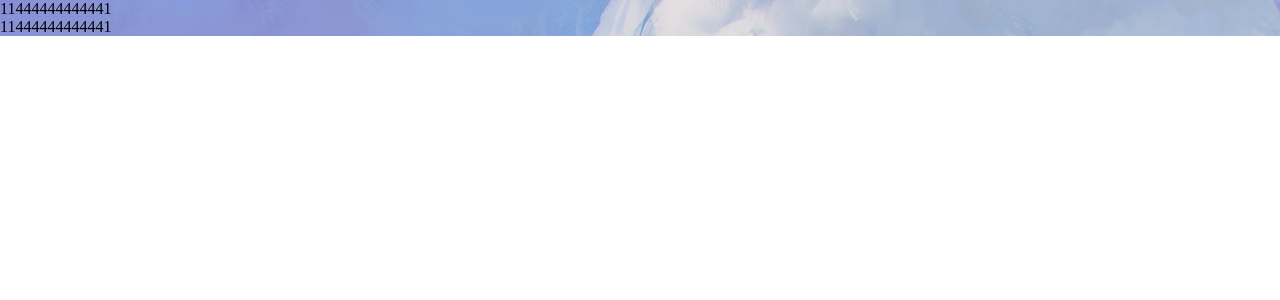
Repository: hnwj/big-event
Page: /reg
These files come from the project's save history. The page is drawn as it stood at one moment and after the next save; the edit follows.
The browser window is 1280 px wide. The pictures show the whole page.
The project was rebuilt for these pictures with package versions that can differ from the ones it lists, and the page was loaded fresh each time. Also part of the build but not shown: vue.config.js, src/views/login.vue.

Above is the page before, as saved 2023-03-18 21:18:01.

### src/main.js
import { createApp } from 'vue'
import App from './App.vue'
import router from './router'
import store from './store'
import ElementPlus from 'element-plus'
import 'element-plus/dist/index.css'

// 导入基础的css文件
import '@/assets/global.less'

const app = createApp(App)
app.use(store)
app.use(router)
app.mount('#app')
app.use(ElementPlus)

### src/App.vue
<template>
  <div>
    <router-view />
  </div>
</template>

<style lang="less">
</style>

### src/router/index.js
import { createRouter, createWebHistory } from 'vue-router'
import Login from '@/views/login'
import Register from '@/views/register'

const routes = [
  {
    name: 'login',
    path: '/login',
    component: Login
  },
  {
    name: 'register',
    path: '/reg',
    component: Register
  }
]

const router = createRouter({
  history: createWebHistory(process.env.BASE_URL),
  routes
})

export default router

### src/assets/global.less
html,
body {
  margin: 0;
  padding: 0;
  height: 100%;
}

// 全局重置卡片的基础样式
.el-card.is-always-shadow,
.el-card.is-hover-shadow:focus,
.el-card.is-hover-shadow:hover {
  box-shadow: 0 1px 3px rgba(0, 0, 0, 0.1);
  // font-size: 13px;
}

### src/views/register.vue
<template>
  <!-- 注册整体盒子 -->
  <div class="reg-container">
    <div class="reg-box">
      <div class="title-box">11444444444441</div>
      <div class="title-box">11444444444441</div>
    </div>
  </div>
</template>

<script>
export default {

}
</script>

<style lang="less" scoped>
.reg-container {
  background: url('../../src/assets/images/bg.jpg') no-repeat;
  background-size: cover;
}
</style>

Loaded but not shown: public/index.html (common file); src/store/index.js (common file)

After the next save:
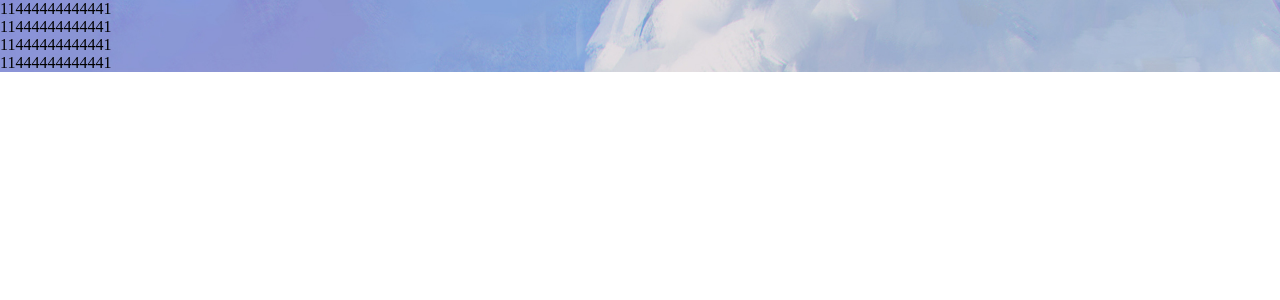
Saved 11 s later.
--- a/src/views/register.vue
+++ b/src/views/register.vue
@@ -2,6 +2,8 @@
   <!-- 注册整体盒子 -->
   <div class="reg-container">
     <div class="reg-box">
+      <div class="title-box">11444444444441</div>
+      <div class="title-box">11444444444441</div>
       <div class="title-box">11444444444441</div>
       <div class="title-box">11444444444441</div>
     </div>
